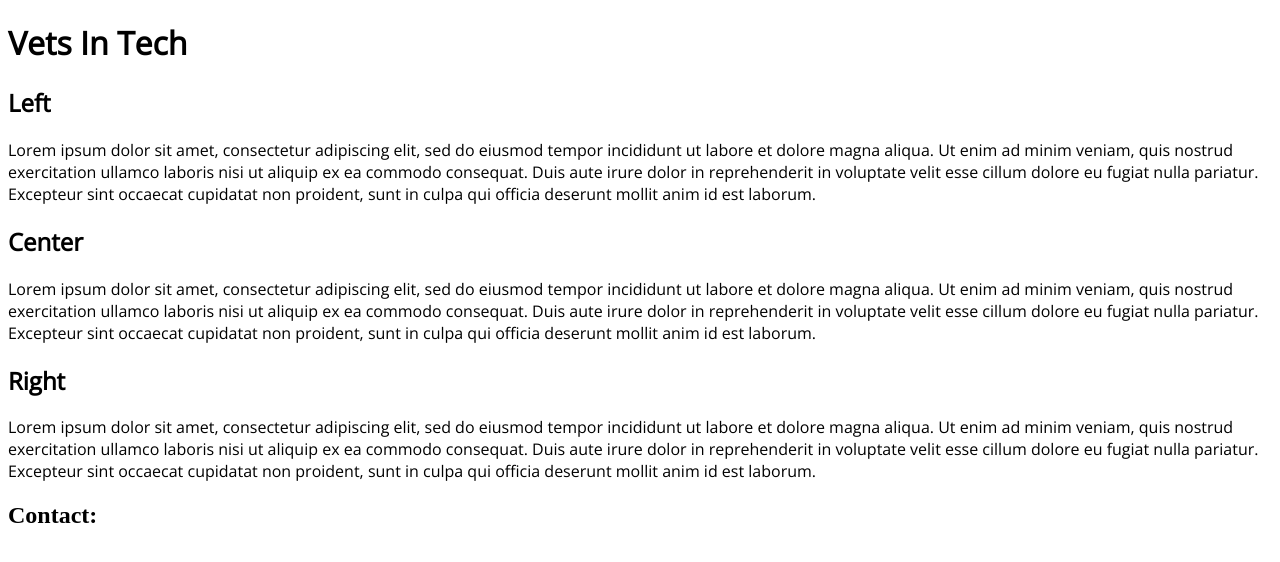
Repository: 3EyEdRav3n/10-2020-cohort-course
Page: week-1/Week-1 Assignment/index.html
The author's editor kept a copy of each file at every save. The page is drawn from the files as they stood at one save, then again after the next save.
The browser window is 1280 px wide. The pictures show the whole page.

Above is the page before, as saved 2020-11-01 18:35:45.

After the next save:
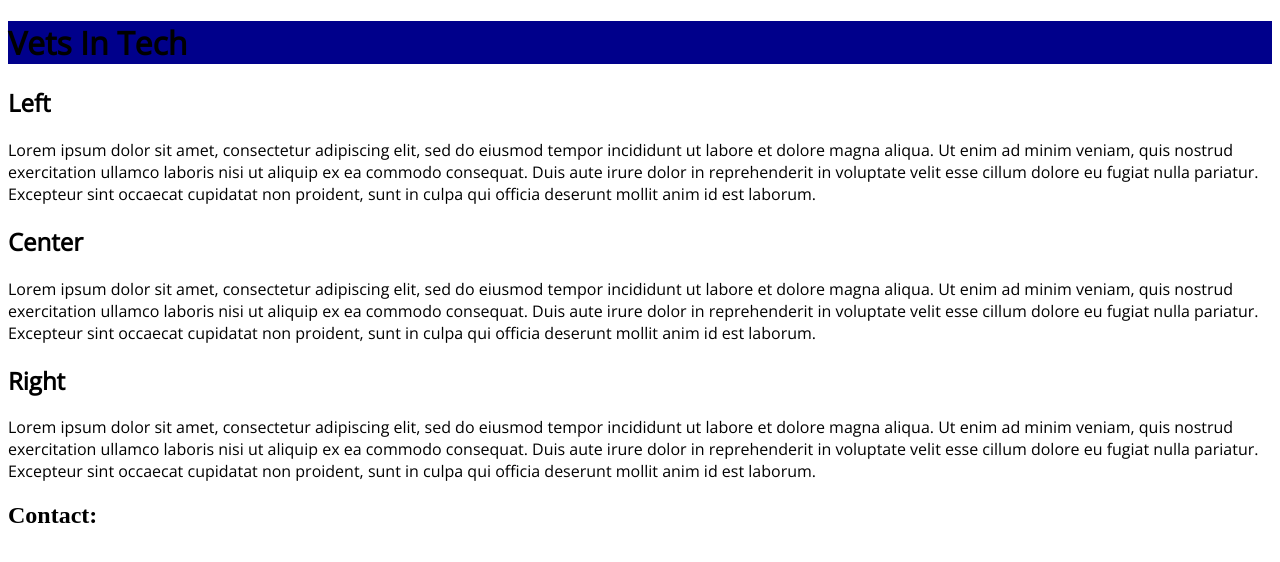
Saved 2 min 51 s later.
--- a/week-1/Week-1 Assignment/styles.css
+++ b/week-1/Week-1 Assignment/styles.css
@@ -1,7 +1,7 @@
 
 .header{
-
         font-family: 'Roboto Slab', serif;
+        background-color: darkblue;
 }
 .container{
 
